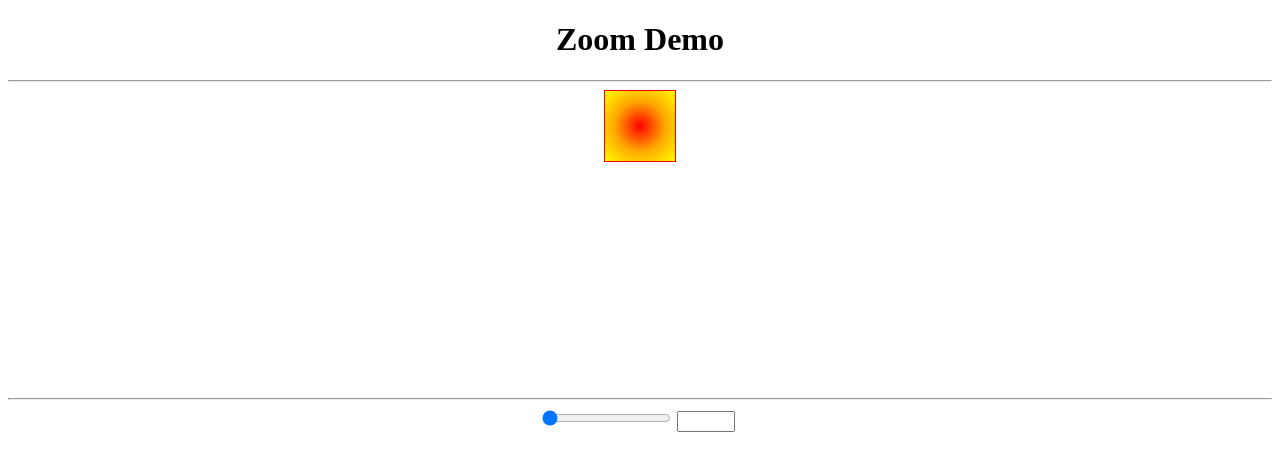
Repository: abhishekj720/HSBCLearn
Page: gagan/JEE/HtmlCssDemo/WebContent/Range2.html
These files come from the project's save history. The page is drawn as it stood at one moment and after the next save; the edit follows.
The browser window is 1280 px wide. The pictures show the whole page.

Above is the page before, as saved 2019-07-31 04:04:14.

After the next save:
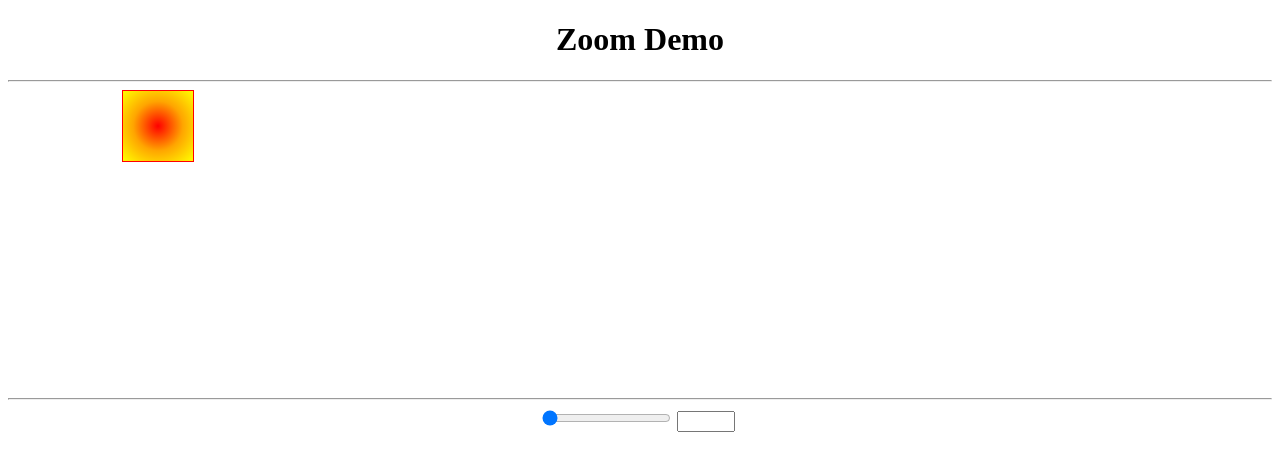
Saved 69 s later.
--- a/gagan/JEE/HtmlCssDemo/WebContent/Range2.html
+++ b/gagan/JEE/HtmlCssDemo/WebContent/Range2.html
@@ -27,7 +27,7 @@
 <body>
 <h1 align="center">Zoom Demo</h1>
 <hr/>
-<div style="width:300px; height:300px;margin: 0 auto">
+<div style="width:300px; height:300px;">
    <div id="div1"></div>
 </div>
 <hr/>

After the save that followed:
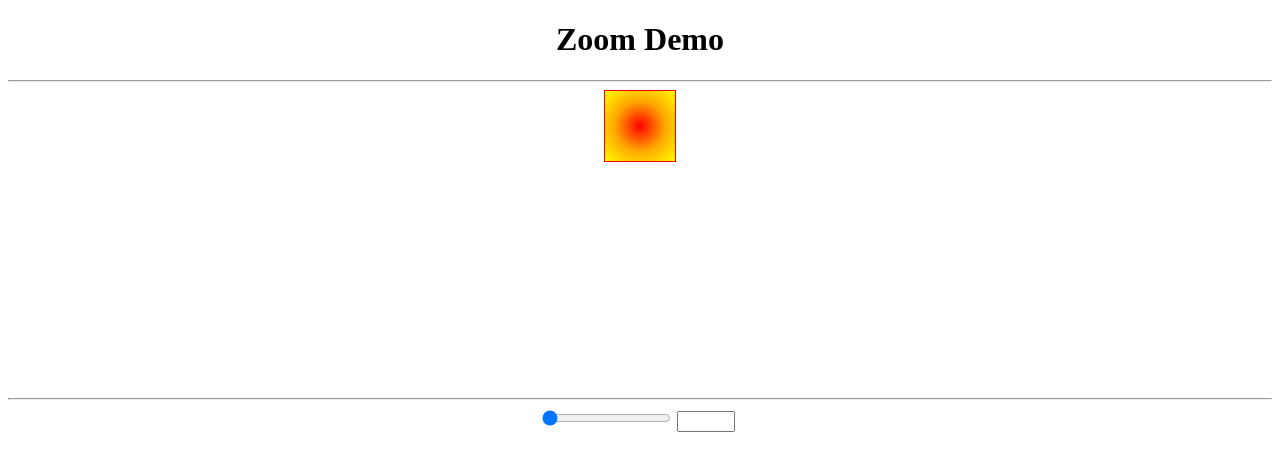
Saved 10 s later.
--- a/gagan/JEE/HtmlCssDemo/WebContent/Range2.html
+++ b/gagan/JEE/HtmlCssDemo/WebContent/Range2.html
@@ -27,7 +27,7 @@
 <body>
 <h1 align="center">Zoom Demo</h1>
 <hr/>
-<div style="width:300px; height:300px;">
+<div style="width:300px; height:300px;margin: 0 auto">
    <div id="div1"></div>
 </div>
 <hr/>
